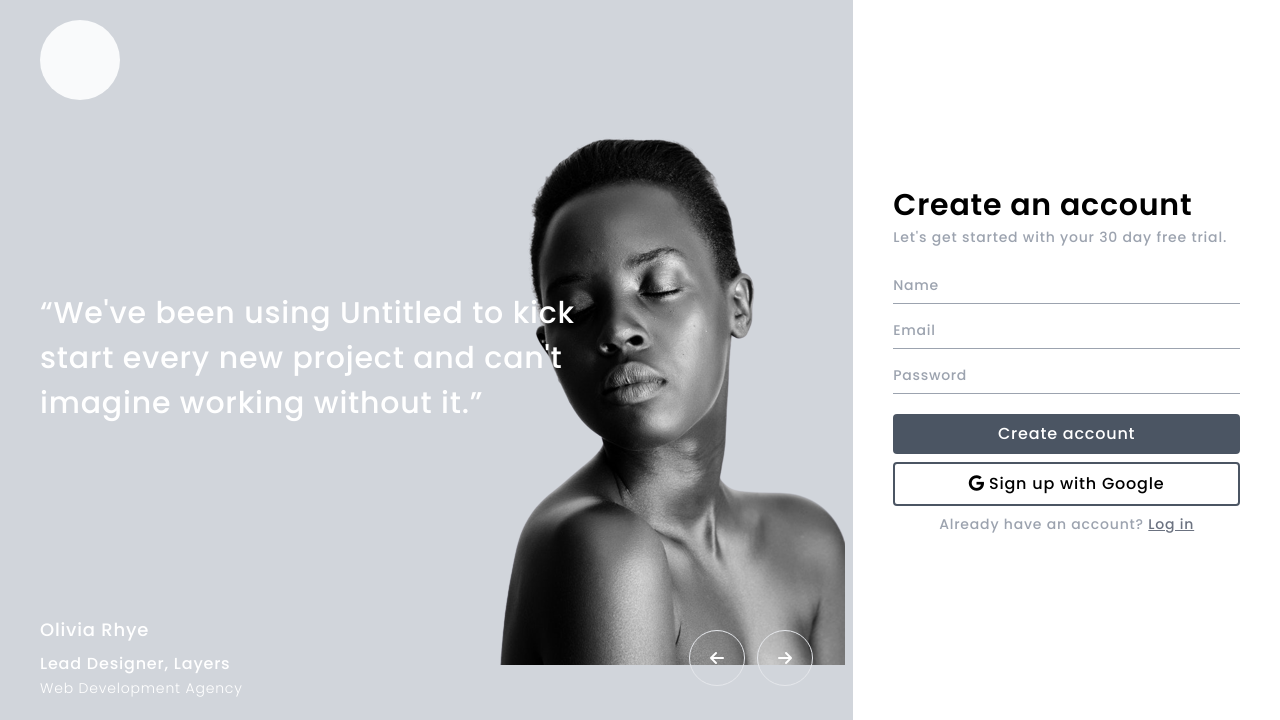
Repository: debthebuilder/youtube-html-contact-form-tailwindcss
Page: contact.html
An editor plug-in stored every save of this project. The page is shown before and after a run of saves, followed by the edit.
The browser window is 1280 px wide. The pictures show the whole page.
Some web libraries are served in a nearby version.

Above is the page before, as saved 2022-08-03 06:26:49.

### contact.html
<!DOCTYPE html>
<html lang="en">
<head>
    <meta charset="UTF-8">
    <meta http-equiv="X-UA-Compatible" content="IE=edge">
    <meta name="viewport" content="width=device-width, initial-scale=1.0">
    <link rel="stylesheet" href="https://cdnjs.cloudflare.com/ajax/libs/font-awesome/6.1.2/css/all.min.css" integrity="sha512-1sCRPdkRXhBV2PBLUdRb4tMg1w2YPf37qatUFeS7zlBy7jJI8Lf4VHwWfZZfpXtYSLy85pkm9GaYVYMfw5BC1A==" crossorigin="anonymous" referrerpolicy="no-referrer" />
    <link rel="preconnect" href="https://fonts.googleapis.com">
    <link rel="preconnect" href="https://fonts.gstatic.com" crossorigin>
    <link href="https://fonts.googleapis.com/css2?family=Poppins:wght@300;500;600&display=swap" rel="stylesheet">
    <link href="stylesheet.css" rel="stylesheet">
    <script src="https://cdn.tailwindcss.com"></script>
    <title>HTML Contact Form</title>
</head>
<body>
    <div class="w-full h-screen flex tracking-wider">
        <!--Background Image with Overlay text-->
        <div class="w-4/6 text-white bg-gray-300  flex flex-col justify-between py-5 px-10  bgImg">
            <a href="#" class="block">
                <div class="w-20 h-20 bg-gray-50 rounded-full"></div>
            </a>
            <q class="text-3xl leading-normal w-3/4 ">We've been using Untitled to kick start every new project and can't imagine working without it.</q>
            <div class="flex flex-row items-center justify-between">
                <div>
                    <h3 class="mb-2 text-lg">Olivia Rhye</h3>
                    <div class="font-normal">Lead Designer, Layers</div>
                    <span class="font-light text-sm">Web Development Agency</span>
                </div>
                <div class="flex">
                    <span class="w-14 h-14 flex items-center justify-center border rounded-full">
                        <i class="fa-solid fa-arrow-left"></i>
                    </span>
                    <span class="w-14 h-14 flex items-center justify-center border rounded-full ml-3">
                        <i class="fa-solid fa-arrow-right"></i>
                    </span>

                </div>
            </div>
        </div>
        <!--Form-->
        <div class="w-2/6 px-10 flex flex-col justify-center">
            <h2 class="text-3xl font-semibold">Create an account</h2>
            <span class="text-sm text-gray-400 mt-1">Let's get started with your 30 day free trial.</span>
            <form class="mt-5">
                <input type="text" name="name" placeholder="Name" class="w-full border-b border-gray-400 placeholder:text-gray-400 pb-2  text-sm tracking-wider focus:outline-none focus:border-0 focus:border-b-2 my-2">
                <input type="email" name="email" placeholder="Email" class="w-full border-b border-gray-400 placeholder:text-gray-400 pb-2  text-sm tracking-wider focus:outline-none focus:border-0 focus:border-b-2 my-2">
                <input type="password" name="password" placeholder="Password" class="w-full border-b border-gray-400 placeholder:text-gray-400 pb-2  text-sm tracking-wider focus:outline-none focus:border-0 focus:border-b-2 my-2">
                <div class="mt-3">
                    <button class="block bg-gray-600 w-full py-2 rounded my-2 text-white">Create account</button>
                    <button class="block border-2 border-gray-600  w-full py-2 my-2 rounded"><span class="mr-1"><i class="fa-brands fa-google"></i></span>Sign up with Google</button>
                </div>
                <p class="text-center text-sm text-gray-400 mt-2">Already have an account? <a href="#" class="underline text-gray-500">Log in</a></p>
            </form>



        </div>
    </div>
</body>
</html>

### stylesheet.css
body{
    font-family: 'Poppins', sans-serif;
}

.bgImg {
    background: url(/assets/bg2.png) no-repeat center center fixed;
}

After the next 4 saves:
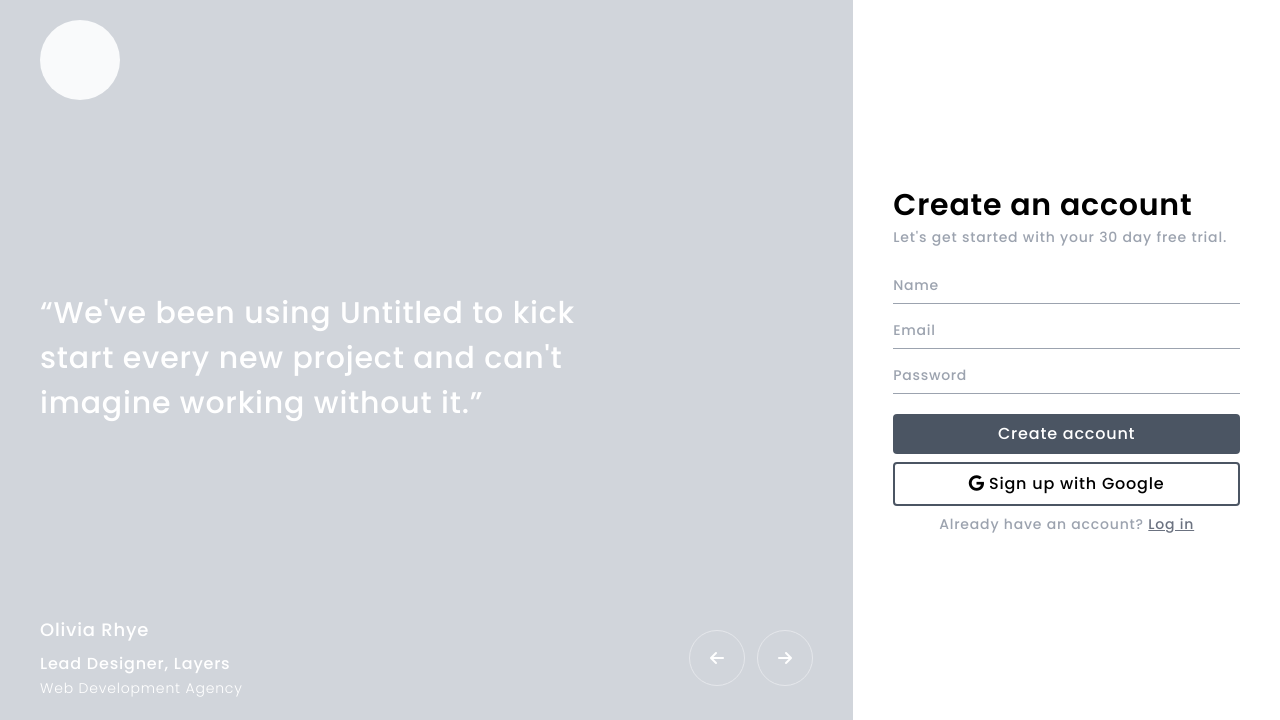
The 4 saves are shown as one change because they came seconds apart.
The last was saved 47 s later.
--- a/stylesheet.css
+++ b/stylesheet.css
@@ -3,5 +3,5 @@
 }
 
 .bgImg {
-    background: url(/assets/bg2.png) no-repeat center center fixed;
+    background: url(/assets/bg2.png) no-repeat center right fixed;
 }

After the 5 saves that followed:
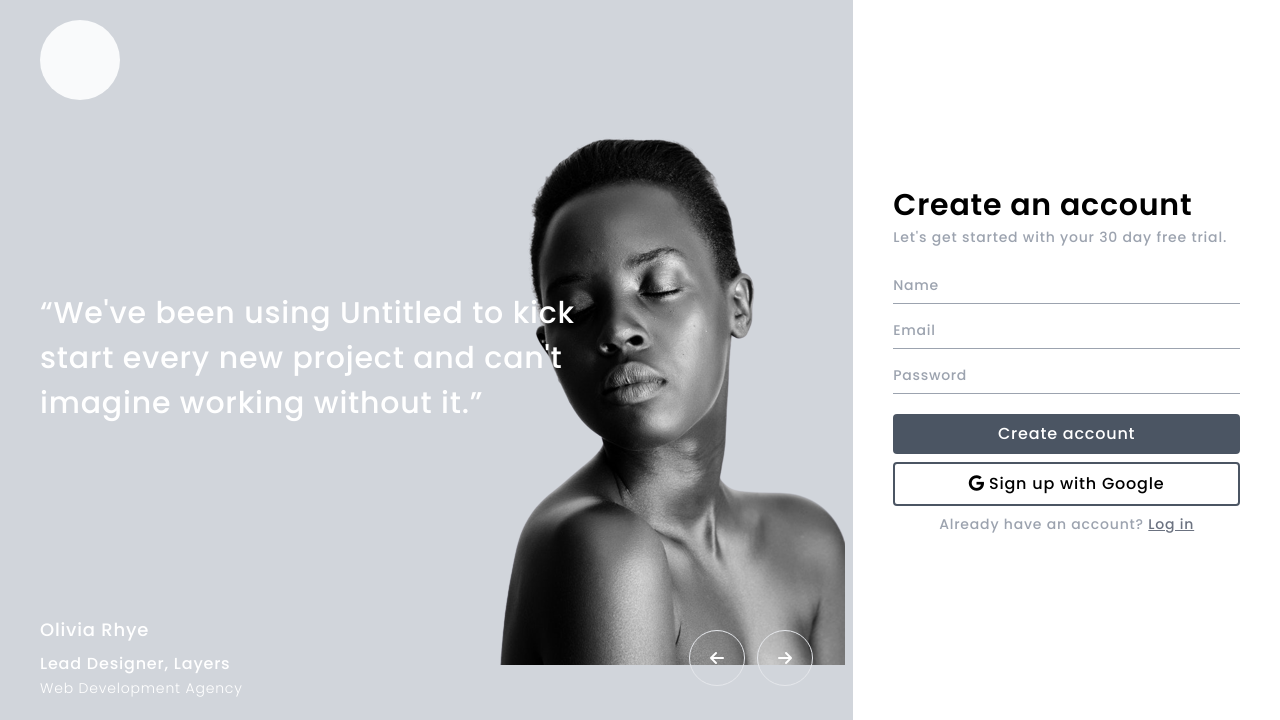
The 5 saves are shown as one change because 2 left the picture as it was and some came seconds apart.
The last was saved 39 s later.
--- a/stylesheet.css
+++ b/stylesheet.css
@@ -3,5 +3,5 @@
 }
 
 .bgImg {
-    background: url(/assets/bg2.png) no-repeat center right fixed;
+    background: url(/assets/bg2.png) no-repeat center fixed;
 }
